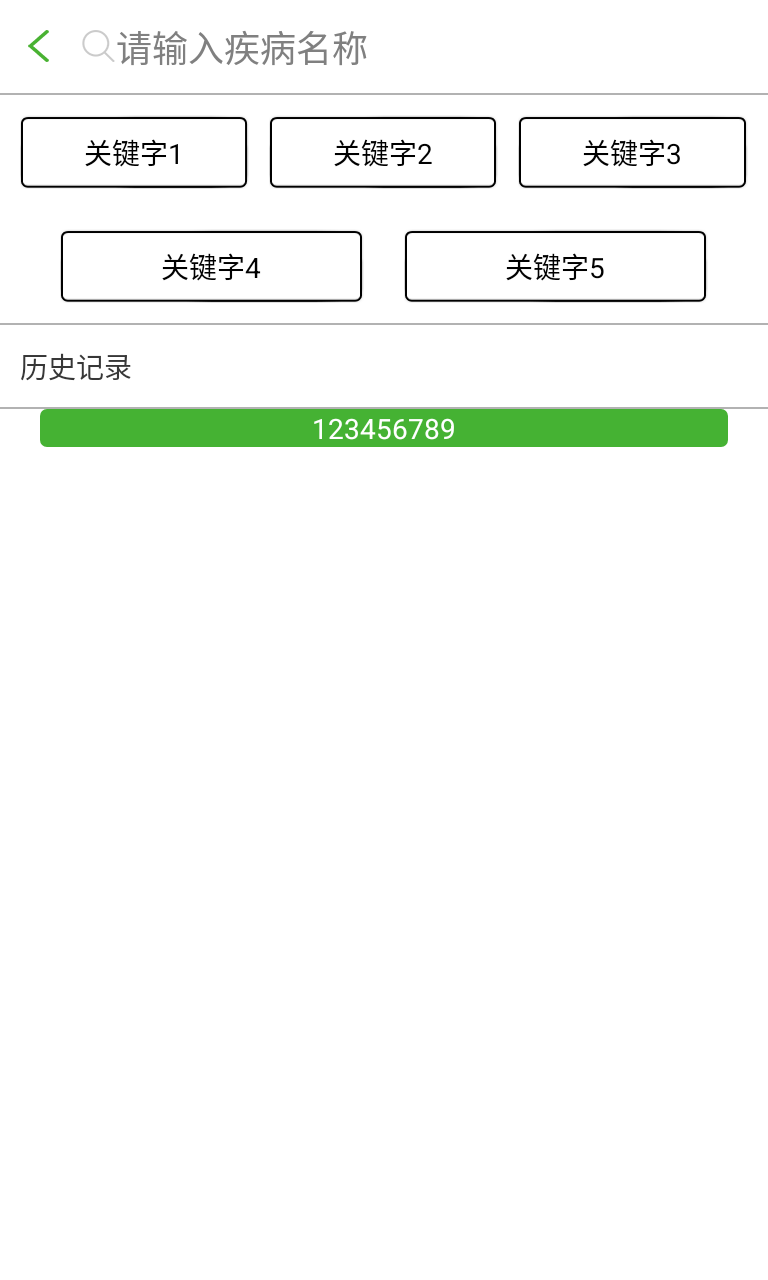
Repository: hjhlove110/XYApp
Layout: XYApp/res/layout/serache_view.xml
An editor plug-in stored every save of this project. The layout is shown before and after the next save, followed by the edit.
It is drawn on a 768 x 1280 px phone screen (xhdpi) without system bars, with theme Translucent; the app's code is not run. Lists and similar views that code fills are empty.

Above is the layout before, as saved 2015-09-23 06:00:03.

### XYApp/res/layout/serache_view.xml
<LinearLayout xmlns:android="http://schemas.android.com/apk/res/android"
    android:layout_width="fill_parent"
    android:layout_height="fill_parent"
    android:background="#ffffff"
    android:orientation="vertical" >

    <LinearLayout
        android:layout_width="match_parent"
        android:layout_height="wrap_content"
        android:layout_margin="10dp"
        android:gravity="left|center_vertical"
        android:orientation="horizontal" >

        <ImageButton
            android:id="@+id/btnBack"
            android:layout_width="wrap_content"
            android:layout_height="wrap_content"
            android:background="@drawable/btn_back_selector" />

        <EditText
            android:id="@+id/s_msg"
            android:layout_width="0dp"
            android:layout_height="wrap_content"
            android:layout_weight="1"
            android:background="#ffffff"
            android:drawableLeft="@drawable/serach1"
            android:gravity="center_vertical|left"
            android:hint="请输入疾病名称"
            android:paddingLeft="10dp"
            android:paddingRight="10dp"
            android:textColor="#49b233" />
    </LinearLayout>

    <View
        android:layout_width="match_parent"
        android:layout_height="1dp"
        android:background="#b2b2b2" />

    <LinearLayout
        android:layout_width="match_parent"
        android:layout_height="wrap_content"
        android:layout_margin="10dp"
        android:orientation="horizontal" >

        <Button
            android:id="@+id/btnMsg1"
            android:layout_width="0dp"
            android:layout_height="wrap_content"
            android:layout_weight="1"
            android:background="@drawable/edittext_back"
            android:paddingBottom="8dp"
            android:paddingTop="8dp"
            android:text="关键字1" />

        <Button
            android:id="@+id/btnMsg2"
            android:layout_width="0dp"
            android:layout_height="wrap_content"
            android:layout_marginLeft="10dp"
            android:layout_marginRight="10dp"
            android:layout_weight="1"
            android:background="@drawable/edittext_back"
            android:paddingBottom="8dp"
            android:paddingTop="8dp"
            android:text="关键字2" />

        <Button
            android:id="@+id/btnMsg3"
            android:layout_width="0dp"
            android:layout_height="wrap_content"
            android:layout_weight="1"
            android:background="@drawable/edittext_back"
            android:paddingBottom="8dp"
            android:paddingTop="8dp"
            android:text="关键字3" />
    </LinearLayout>

    <LinearLayout
        android:layout_width="match_parent"
        android:layout_height="wrap_content"
        android:layout_margin="10dp"
        android:orientation="horizontal" >

        <Button
            android:id="@+id/btnMsg4"
            android:layout_width="0dp"
            android:layout_height="wrap_content"
            android:layout_marginLeft="20dp"
            android:layout_weight="1"
            android:background="@drawable/edittext_back"
            android:paddingBottom="8dp"
            android:paddingTop="8dp"
            android:text="关键字4" />

        <Button
            android:id="@+id/btnMsg5"
            android:layout_width="0dp"
            android:layout_height="wrap_content"
            android:layout_marginLeft="20dp"
            android:layout_marginRight="20dp"
            android:layout_weight="1"
            android:background="@drawable/edittext_back"
            android:paddingBottom="8dp"
            android:paddingTop="8dp"
            android:text="关键字5" />
    </LinearLayout>

    <View
        android:layout_width="match_parent"
        android:layout_height="1dp"
        android:background="#b2b2b2" />

    <TextView
        android:layout_width="match_parent"
        android:layout_height="wrap_content"
        android:gravity="center_vertical"
        android:padding="10dp"
        android:text="历史记录"
        android:textColor="#373737" />

    <View
        android:layout_width="match_parent"
        android:layout_height="1dp"
        android:background="#b2b2b2" />

    <ListView
        android:id="@+id/listView"
        android:layout_width="match_parent"
        android:layout_height="wrap_content" >
    </ListView>

    <Button
        android:id="@+id/sendMsg"
        android:layout_width="match_parent"
        android:layout_height="wrap_content"
        android:layout_marginLeft="20dp"
        android:layout_marginRight="20dp"
        android:background="@drawable/btn_bg_shape"
        android:text="123456789"
        android:textColor="#ffffff" />

</LinearLayout>

### XYApp/res/values/styles.xml
<resources>

    <!--
        Base application theme, dependent on API level. This theme is replaced
        by AppBaseTheme from res/values-vXX/styles.xml on newer devices.



    -->
    <style name="AppBaseTheme" parent="Theme.AppCompat.Light">
        <!--
            Theme customizations available in newer API levels can go in
            res/values-vXX/styles.xml, while customizations related to
            backward-compatibility can go here.



        -->
    </style>

    <!-- Application theme. -->
    <style name="AppTheme" parent="AppBaseTheme">

        <!-- All customizations that are NOT specific to a particular API-level can go here. -->
        <item name="android:windowNoTitle">true</item>
    </style>

    <style name="CheckBoxMain">
        <item name="android:button">@null</item>
        <item name="android:paddingTop">12dip</item>
        <item name="android:gravity">center</item>
        <item name="android:background">@drawable/bg_mune</item>
        <item name="android:textSize">14sp</item>
        <item name="android:textColor">#656565</item>
        <item name="android:layout_width">0dip</item>
        <item name="android:layout_height">wrap_content</item>
        <item name="android:layout_weight">1</item>
    </style>

    <style name="Translucent" parent="@android:style/Theme.Translucent">
        <item name="android:windowNoTitle">true</item>
        <item name="android:windowIsFloating">true</item>
        <item name="android:windowIsTranslucent">true</item>
        <item name="android:windowContentOverlay">@null</item>
        <item name="android:windowAnimationStyle">@android:style/Animation.Dialog</item>
        <item name="android:backgroundDimEnabled">true</item>
    </style>

</resources>

### XYApp/res/drawable/btn_back_selector.xml
<?xml version="1.0" encoding="UTF-8"?>
<selector xmlns:android="http://schemas.android.com/apk/res/android">

    <item android:drawable="@drawable/l_back_p" android:state_checked="true"/>
    <item android:drawable="@drawable/l_back_p" android:state_pressed="true"/>
    <item android:drawable="@drawable/l_back"/>

</selector>

### XYApp/res/drawable/btn_bg_shape.xml
<?xml version="1.0" encoding="utf-8"?>
<shape xmlns:android="http://schemas.android.com/apk/res/android"
    android:shape="rectangle" >

    <corners android:radius="3dp" />

    <solid android:color="#45b233" />

    <stroke
        android:width="1dp"
        android:color="#45b233" />

</shape>

After the next save:
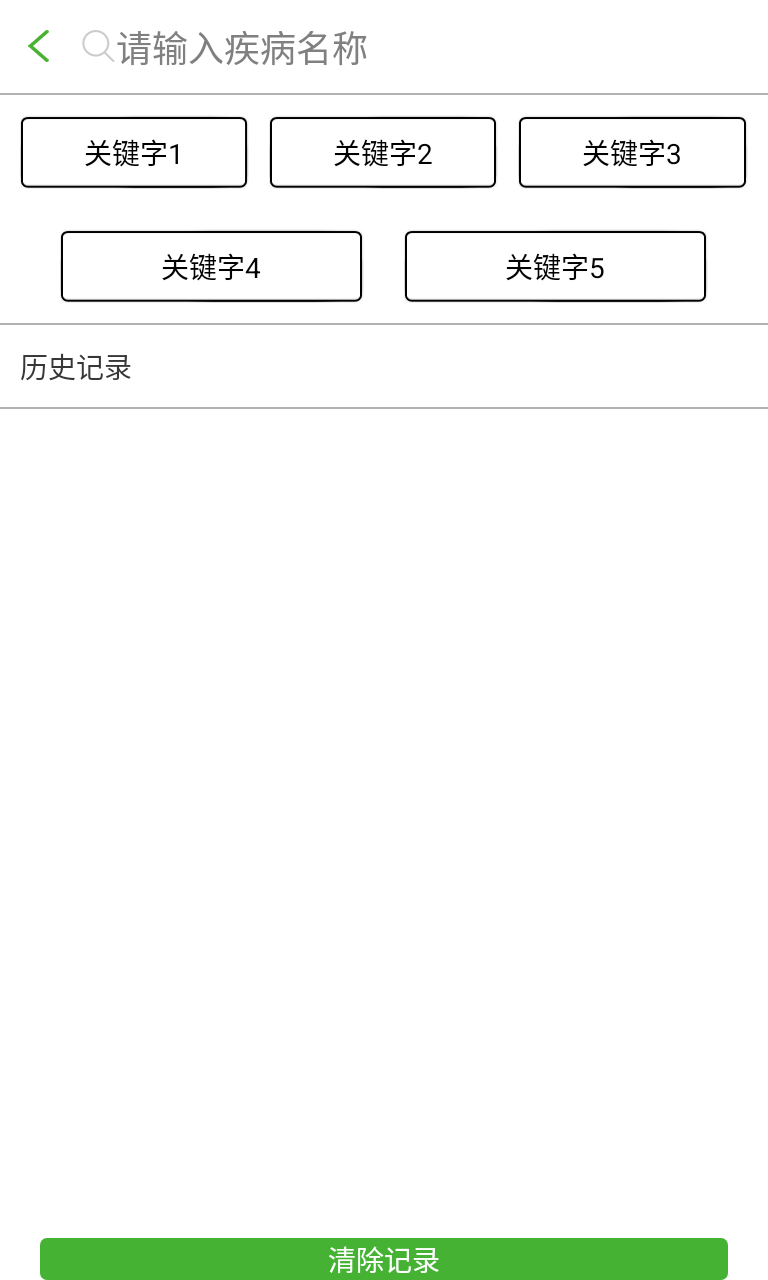
Saved 56 s later.
--- a/XYApp/res/layout/serache_view.xml
+++ b/XYApp/res/layout/serache_view.xml
@@ -129,14 +129,21 @@
         android:layout_height="wrap_content" >
     </ListView>
 
+    <View
+        android:layout_width="1dp"
+        android:layout_height="0dp"
+        android:layout_weight="1"
+        android:visibility="invisible"
+        android:background="#b2b2b2" />
+
     <Button
-        android:id="@+id/sendMsg"
+        android:id="@+id/btnClearn"
         android:layout_width="match_parent"
         android:layout_height="wrap_content"
         android:layout_marginLeft="20dp"
         android:layout_marginRight="20dp"
         android:background="@drawable/btn_bg_shape"
-        android:text="123456789"
+        android:text="清除记录"
         android:textColor="#ffffff" />
 
 </LinearLayout>
